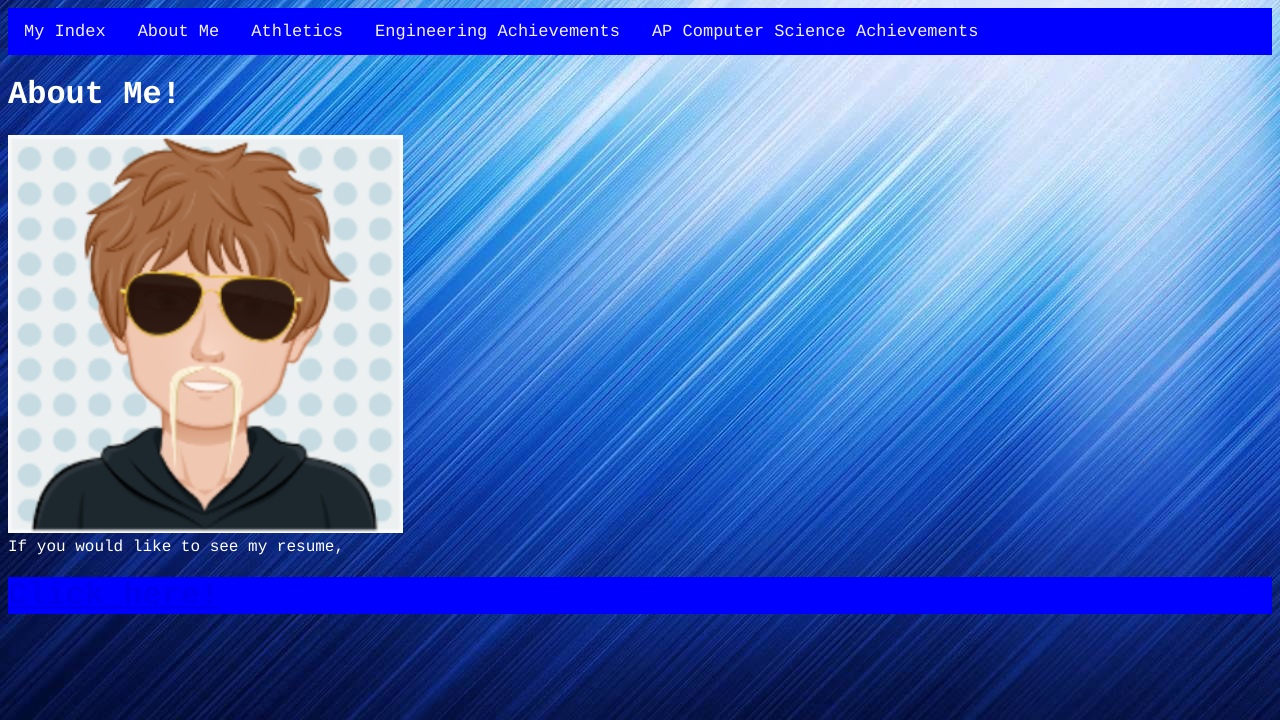
Repository: jacobsirois/jacobsirois.github.io
Page: aboutme.html
The author's editor kept a record of every edit. The page is drawn from the files as they stood at one moment, then again after the next edit.
The browser window is 1280 px wide. The pictures show the whole page.

Above is the page before.
Not found: index.css

### aboutme.html
<!DOCTYPE html>
<html>
<head>
<title>Page Title</title>
</head>
<body>

<title>
"About Me"
<meta charset="utf-8">
</title>
<link href="index.css" rel="stylesheet" type="text/css">
<meta name="viewport" content="width=device-width, initial-scale=1">
<link rel="stylesheet" href="https://cdnjs.cloudflare.com/ajax/libs/font-awesome/4.7.0/css/font-awesome.min.css">

<style>
body {
  font-family: courier;
}

.topnav {
  overflow: hidden;
  background-color: blue;
}

.topnav a {
  float: left;
  display: block;
  background-color: blue;
  color: #f2f2f2;
  text-align: center;
  padding: 14px 16px;
  text-decoration: none;
  font-size: 17px;
}

.topnav a:hover {
  background-color: #ddd;
  color: black;
}

.active {
  background-color: #ff66a3;
  color: white;
}

.topnav .icon {
  display: none;
}

@media screen and (max-width: 600px) {
  .topnav a:not(:first-child) {display: none;}
  .topnav a.icon {
    float: right;
    display: block;
  }
}

@media screen and (max-width: 600px) {
  .topnav.responsive {position: relative;}
  .topnav.responsive .icon {
    position: absolute;
    right: 0;
    top: 0;
  }
  .topnav.responsive a {
    float: none;
    display: block;
    text-align: left;
  }
}
</style>

<div class="topnav" id="myTopnav">
  <a href="index.html" class="active">My Index</a>
  <a href="aboutme.html">About Me</a>
  <a href="athletics.html">Athletics</a>
  <a href="engineering.html">Engineering Achievements</a>
  <a href="compsci.html">AP Computer Science Achievements</a>
  <a href="javascript:void(0);" class="icon" onclick="myFunction()">
    <i class="fa fa-bars"></i>
  </a>
</div>

<script>
function myFunction() {
    var x = document.getElementById("myTopnav");
    if (x.className === "topnav") {
        x.className += " responsive";
    } else {
        x.className = "topnav";
    }
}
</script>

<style>
body {
  background-image: url('anotha background.jpg');
  background-repeat: no-repeat;
  background-attachment: fixed;
  background-size: 100% 100%;
}
</style>


<h1 style="color:White;">About Me!</h1>
<img src="images/avatar.jpg" alt="my avatar">
<br>
<p1 style="color:White;">If you would like to see my resume,</p>
<a href="https://docs.google.com/document/d/1-AdmVu0SB5snxsAU3fiWYV94WNg3X-d_nUklR3OvtXk/edit?usp=sharing" target="_blank"><h1 style="background-color:Blue;">Click here!</a></h1>
</body>
</html>

After the next edit:
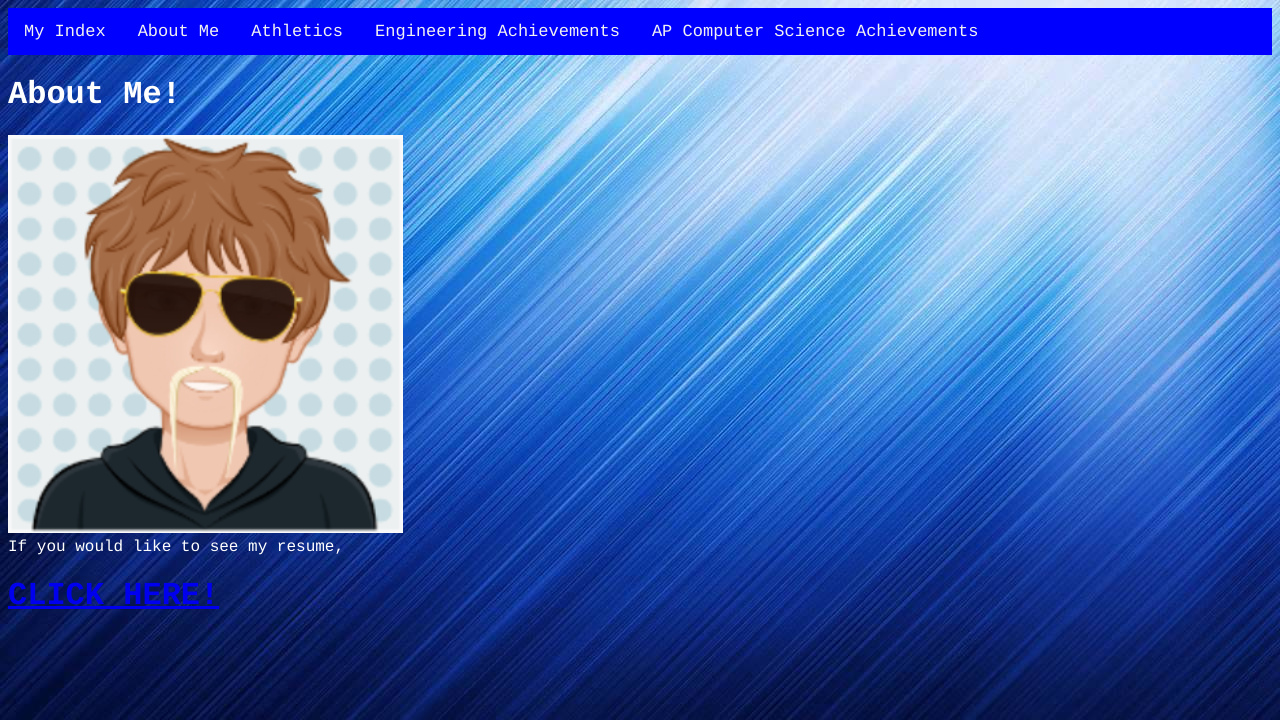
The edit:
--- a/aboutme.html
+++ b/aboutme.html
@@ -107,6 +107,6 @@
 <img src="images/avatar.jpg" alt="my avatar">
 <br>
 <p1 style="color:White;">If you would like to see my resume,</p>
-<a href="https://docs.google.com/document/d/1-AdmVu0SB5snxsAU3fiWYV94WNg3X-d_nUklR3OvtXk/edit?usp=sharing" target="_blank"><h1 style="background-color:Blue;">Click here!</a></h1>
+<a href="https://docs.google.com/document/d/1-AdmVu0SB5snxsAU3fiWYV94WNg3X-d_nUklR3OvtXk/edit?usp=sharing" target="_blank"><h1 style="color:White;">CLICK HERE!</a></h1>
 </body>
 </html>
